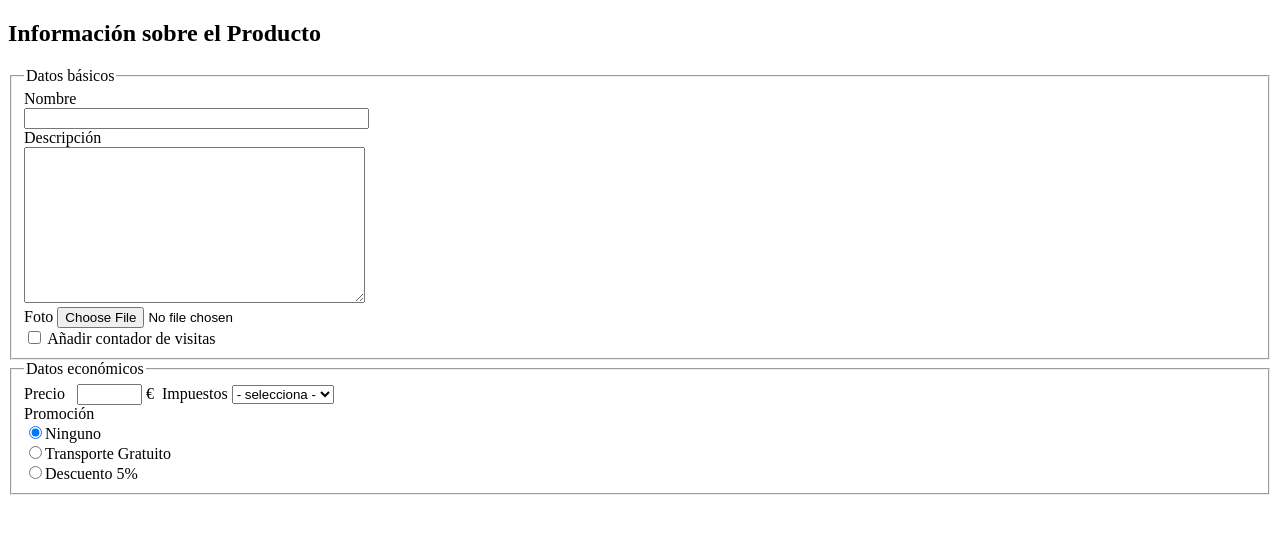
Repository: GonzaDelgado/JavaProjects
Page: modulo_html/WebContent/Form_avanzado2.html
These files come from the project's save history. The page is drawn as it stood at one moment and after the next save; the edit follows.
The browser window is 1280 px wide. The pictures show the whole page.

Above is the page before, as saved 2021-02-08 15:43:42.

After the next save:
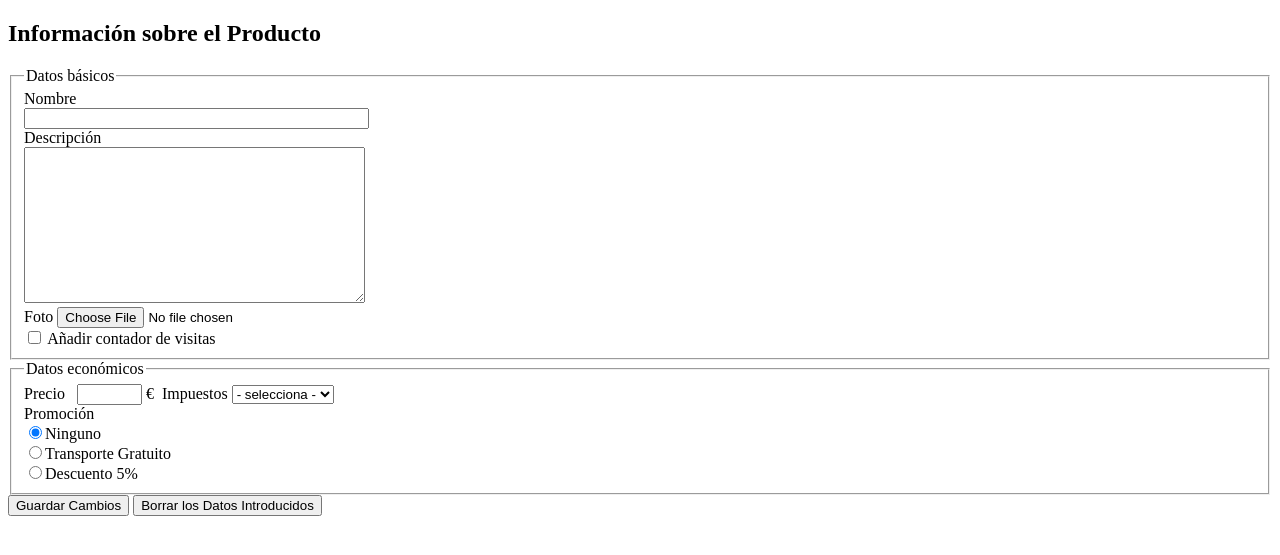
Saved 52 s later.
--- a/modulo_html/WebContent/Form_avanzado2.html
+++ b/modulo_html/WebContent/Form_avanzado2.html
@@ -34,6 +34,8 @@
 		<input type="radio" name="promocion" value="desc_5porc"/><label for="desc_5porc">Descuento 5%</label> <br/>
 
 	</fieldset>
+	<input type="submit" name="guardar_cambios" value="Guardar Cambios">
+	<input type="reset" name="limpiar" value="Borrar los Datos Introducidos">
 	</form>
 </body>
 </html>
